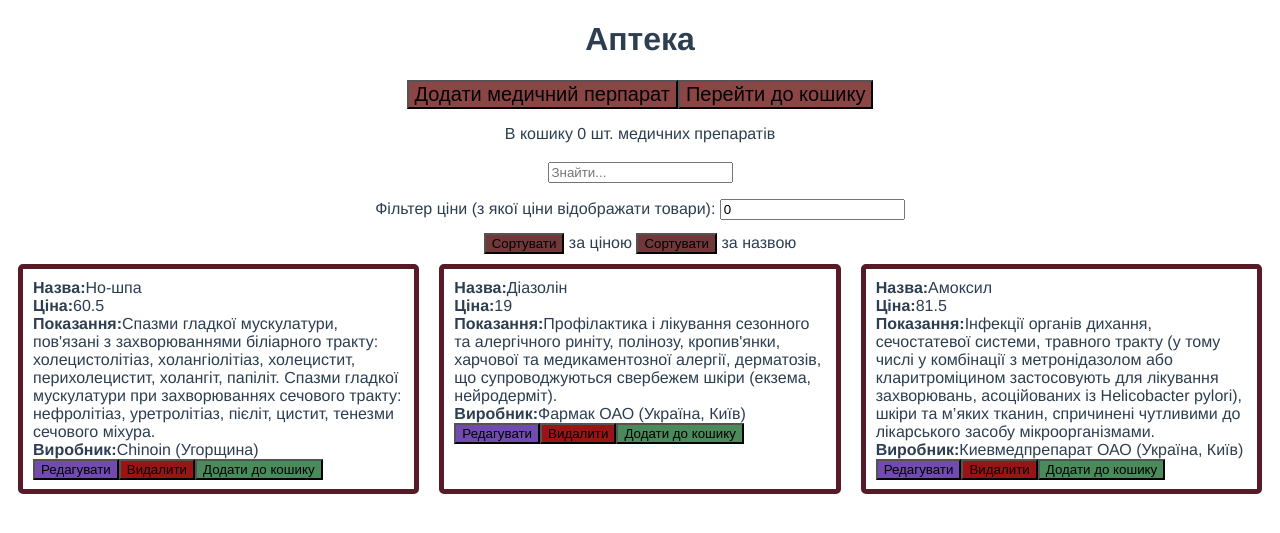
Repository: kristinap8/pharmacy
Page: /
The author's editor kept a copy of each file at every save. The page is drawn from the files as they stood at one save, then again after the next save.
The browser window is 1280 px wide. The pictures show the whole page.
The project was rebuilt for these pictures with package versions that can differ from the ones it lists, and the page was loaded fresh each time. Also part of the build but not shown: src/components/AddMedicineForm/index.vue, src/pages/AddMedicine/index.vue, src/components/EditMedicineForm/index.vue, src/pages/EditMedicine/index.vue, src/components/CartForm/index.vue, src/pages/Cart/index.vue.

Above is the page before, as saved 2020-12-10 10:40:00.

After the next save:
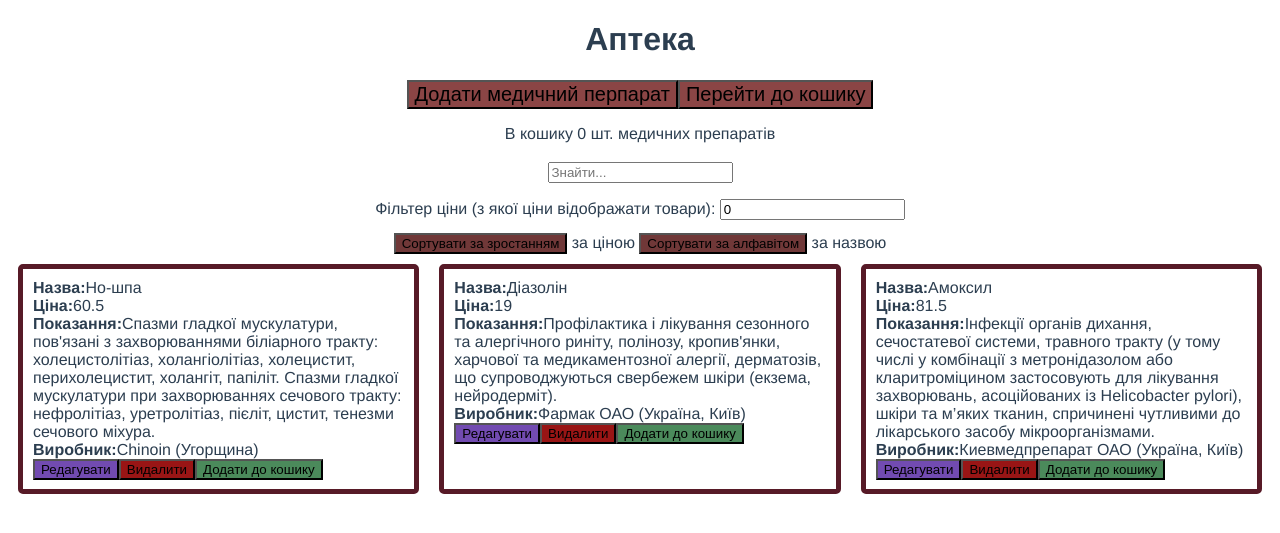
Saved 58 s later.
--- a/src/components/MedicinesList/index.vue
+++ b/src/components/MedicinesList/index.vue
@@ -10,9 +10,9 @@
           </label>
         </div>
         <div class="sort">
-              <button id="s" @click="sortByPrice">Сортувати</button>
+              <button id="s" @click="sortByPrice">Сортувати {{sortByPriceDir}}</button>
                 за ціною
-                <button id="s" @click="sortByName">Сортувати</button>
+                <button id="s" @click="sortByName">Сортувати {{sortByNameDir}}</button>
                 за назвою
         </div>
     <div class="list-container">
